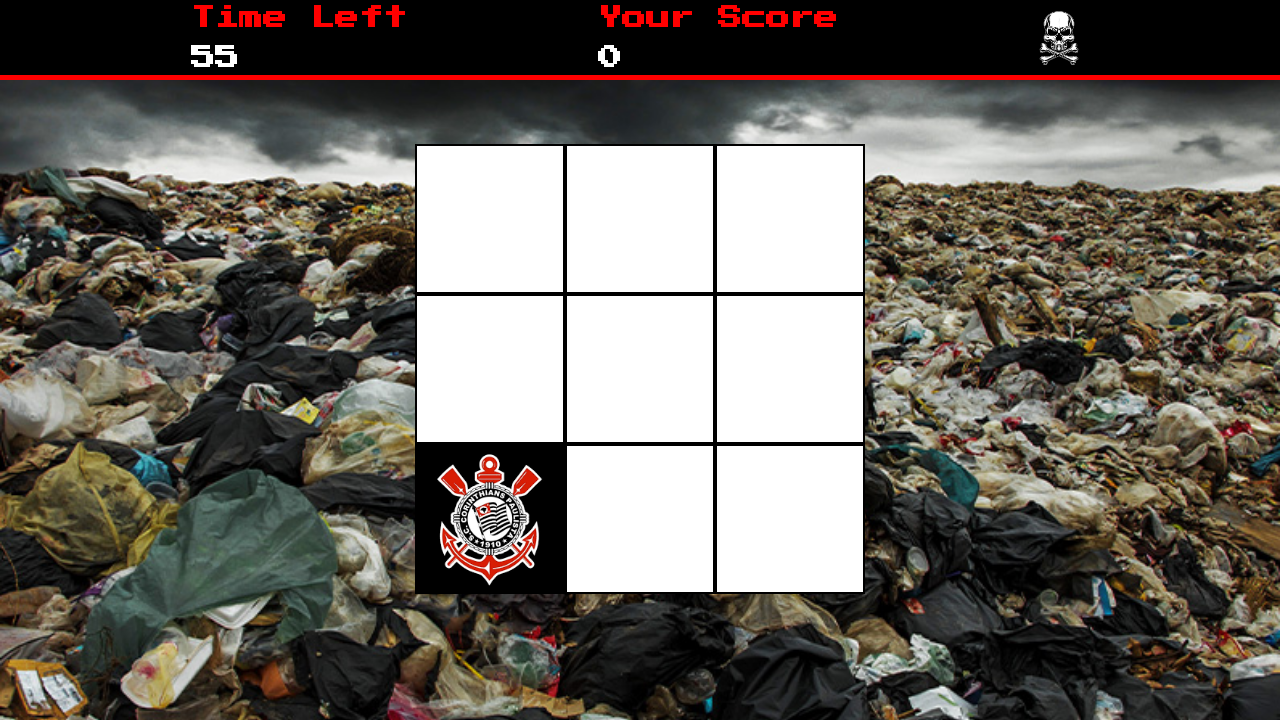
Repository: saulobeltrame/jogo-corinthians
Page: index.html
These files come from the project's save history. The page is drawn as it stood at one moment and after the next save; the edit follows.
The browser window is 1280 px wide. The pictures show the whole page.
Some web fonts or font styles are not loaded; a fallback is used.

Above is the page before, as saved 2024-11-20 22:32:05.

After the next save:
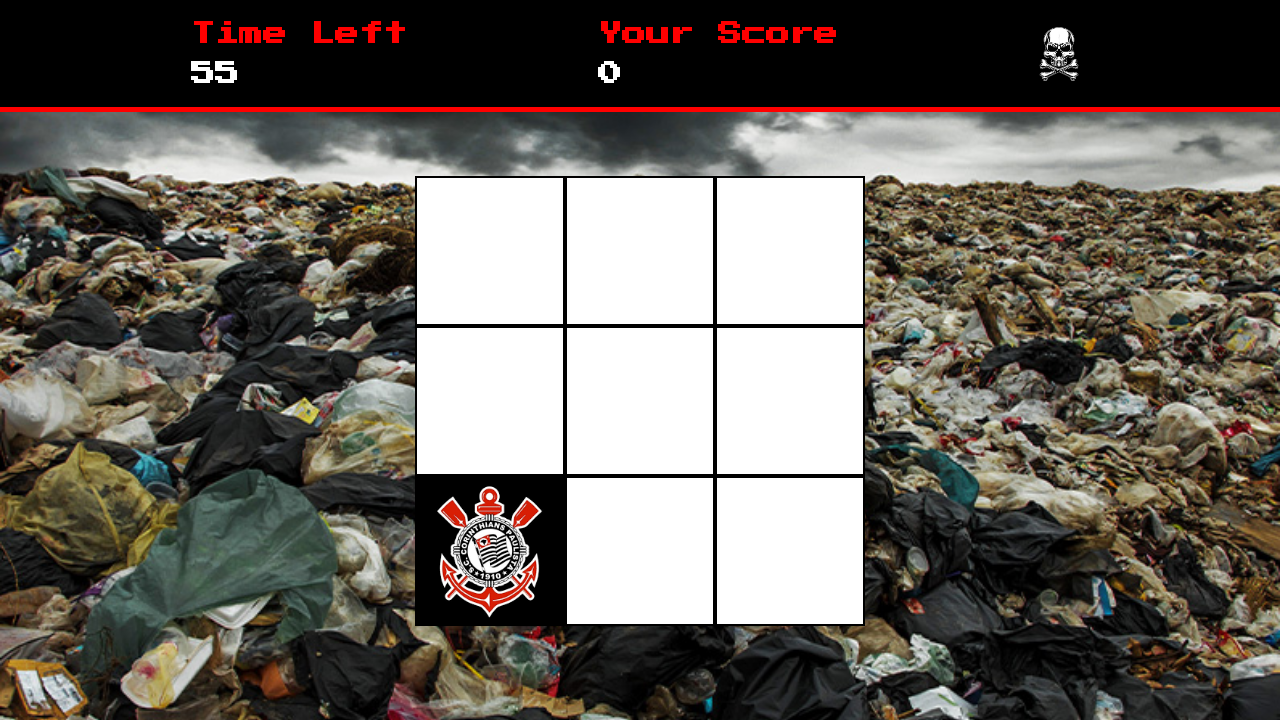
Saved 4 s later.
--- a/src/styles/main.css
+++ b/src/styles/main.css
@@ -14,7 +14,7 @@
     justify-content: space-evenly;
     align-items: center;
     margin-bottom: 5%;
-    height: 5rem;
+    height: 7rem;
     width: 100%;
     background-color: #000000;
     color:rgb(255, 255, 255);
